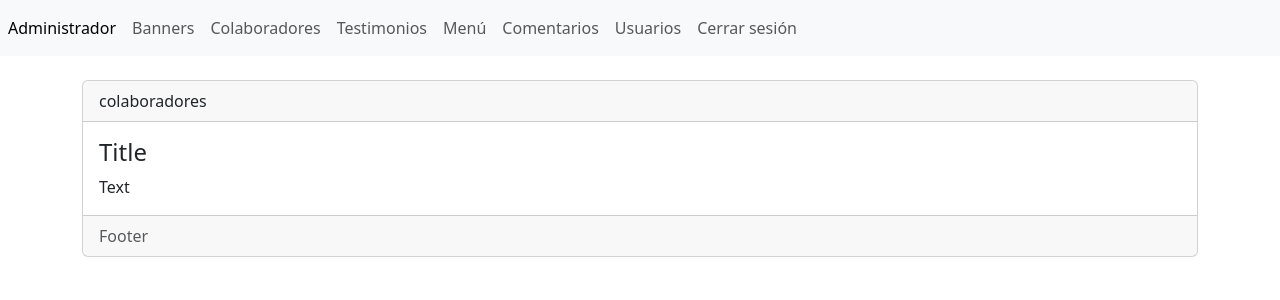
Repository: salextros/Restaurant-Project-PHP-MySQL
Page: http://localhost/TRABAJO_FINAL/restaurant/admin/seccion/colaboradores/index.php
The author's editor kept a copy of each file at every save. The page is drawn from the files as they stood at one save, then again after the next save.
The browser window is 1280 px wide. The pictures show the whole page.
The page is run by PHP 8.4 with error messages shown; the project is at /var/www/html/.

Above is the page before, as saved 2026-01-24 14:12:00.

After the next save:
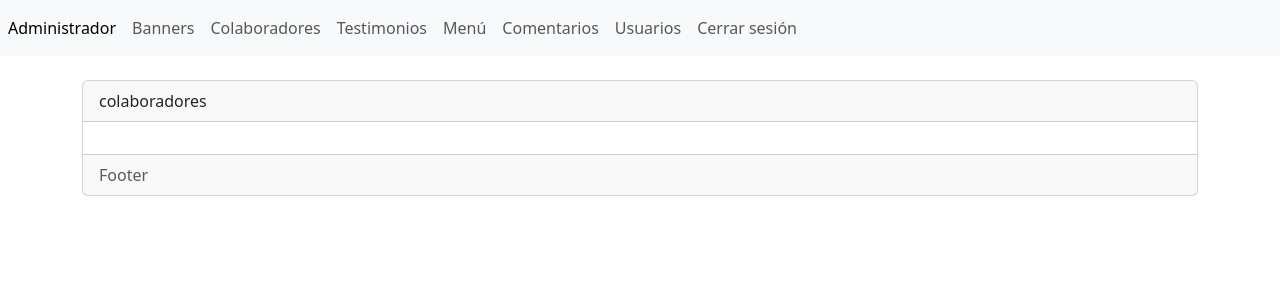
Saved 36 s later.
--- a/restaurant/admin/seccion/colaboradores/index.php
+++ b/restaurant/admin/seccion/colaboradores/index.php
@@ -6,8 +6,7 @@ include('../../templates/header.php');
 <div class="card">
     <div class="card-header">colaboradores</div>
     <div class="card-body">
-        <h4 class="card-title">Title</h4>
-        <p class="card-text">Text</p>
+
     </div>
     <div class="card-footer text-muted">Footer</div>
 </div>
